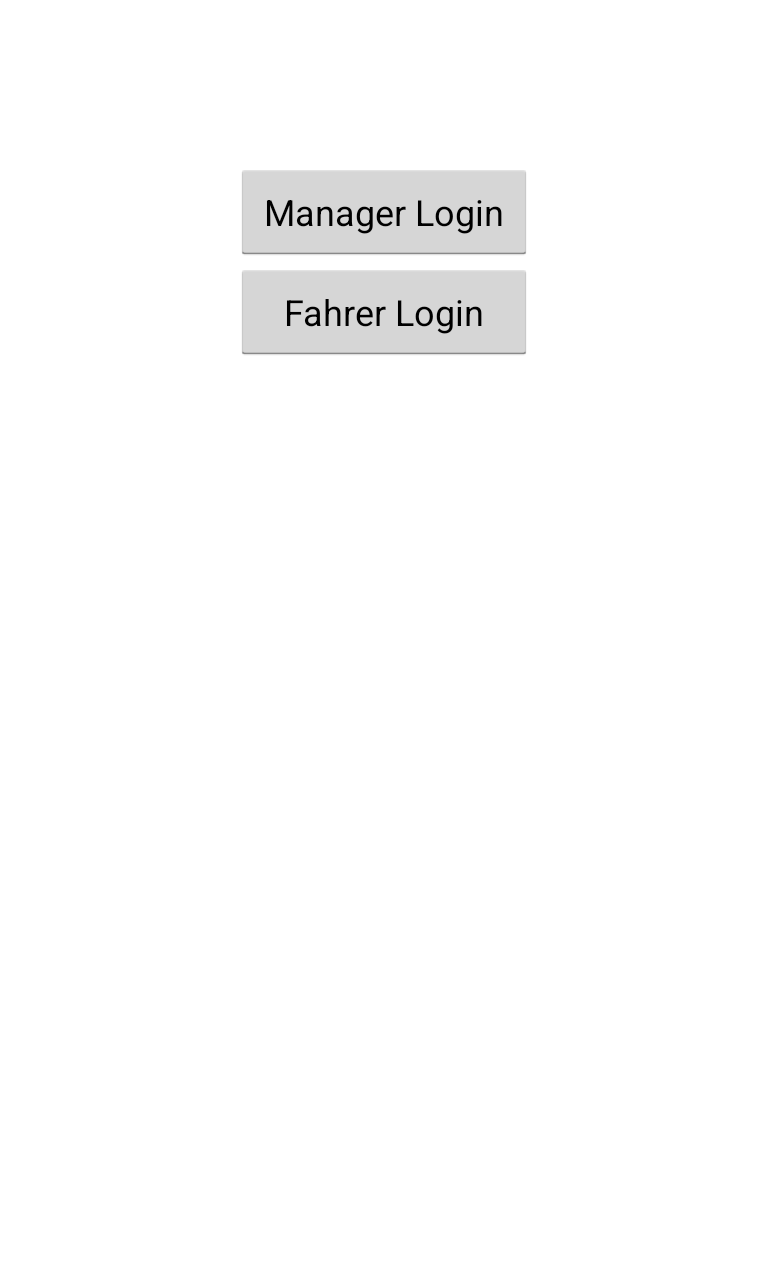
Repository: VroniZinsser/Kurierdienst
Layout: KurierdienstVroni/res/layout/activity_kurierdienst_start.xml
The author's editor kept a copy of each file at every save. The layout is drawn from the files as they stood at one save, then again after the next save.
It is drawn on a 768 x 1280 px phone screen (xhdpi) without system bars, with theme AppTheme; the app's code is not run.

Above is the layout before, as saved 2014-07-14 16:34:00.

After the next save:
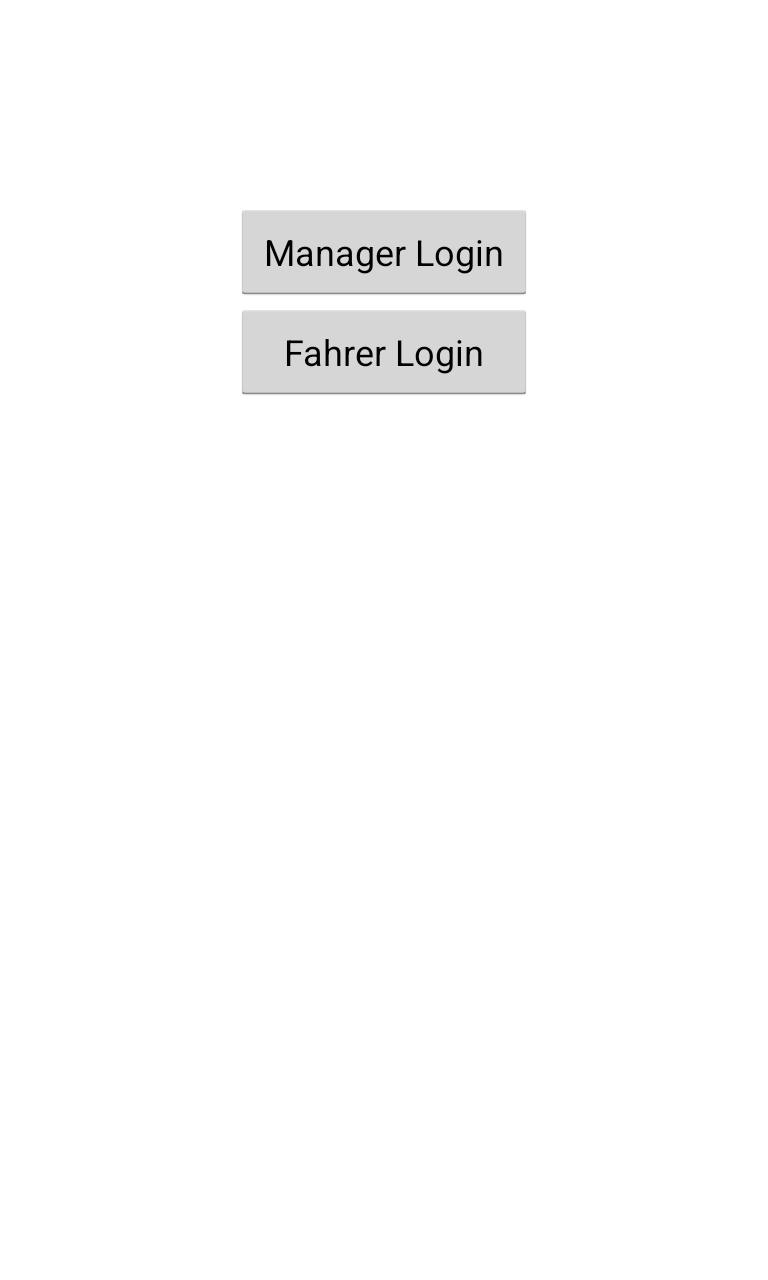
Saved 18 s later.
--- a/KurierdienstVroni/res/layout/activity_kurierdienst_start.xml
+++ b/KurierdienstVroni/res/layout/activity_kurierdienst_start.xml
@@ -13,7 +13,7 @@
         android:layout_width="300px"
         android:layout_height="100px"
         android:layout_centerHorizontal="true"
-        android:layout_marginTop="130px"
+        android:layout_marginTop="170px"
         android:text="Manager Login" />
 
      <Button
